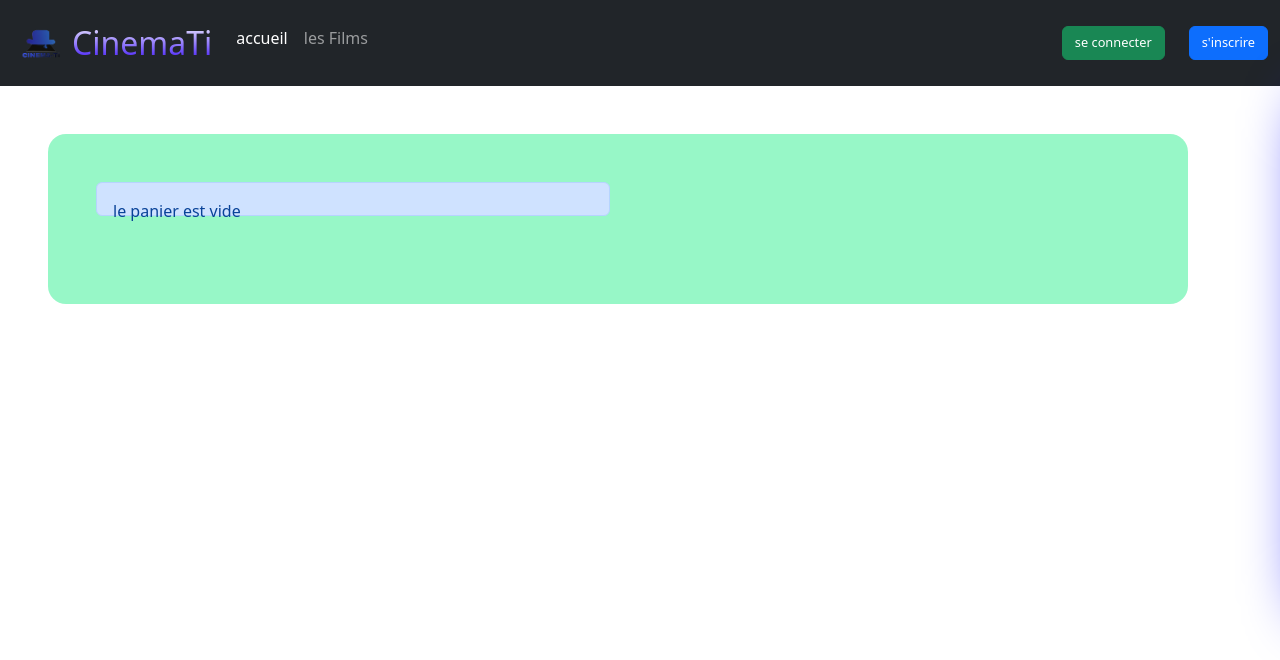
Repository: ahmed-rabah/cinemaMiniProject
Page: http://localhost/finaliserCommande.php
The author's editor kept a copy of each file at every save. The page is drawn from the files as they stood at one save, then again after a run of saves.
The browser window is 1280 px wide. The pictures show the whole page.
The page is run by PHP 8.4 with error messages shown; the project is at /var/www/html/. Other server files are loaded and not shown.

Above is the page before, as saved 2023-01-12 12:35:50.
Console error: TypeError: Cannot read properties of null (reading 'addEventListener')

### finaliserCommande.php
<?php
 session_start();
//  require "./functions/database.php";
//  $images = $pdo->query("SELECT photo from film");
//  $images = $images->fetchAll(MYSQLI_NUM);
//  foreach ($images as $image){
//     echo "<img src=\"".$image["photo"]."\" >";
// }?>
<!DOCTYPE html>
<html lang="en">
<head>
    <meta charset="UTF-8">
    <meta http-equiv="X-UA-Compatible" content="IE=edge">
    <meta name="viewport" content="width=device-width, initial-scale=1.0">
    <link rel="stylesheet" href="node_modules/bootstrap/dist/css/bootstrap.min.css">
    <link rel="stylesheet" href="./css/style2.css">
    <link rel="stylesheet" href="https://unicons.iconscout.com/release/v4.0.0/css/line.css">
    <link rel="icon" href="./logoCinema.png">
    <title>CinemaTi</title>
</head>
<body>
    <header>
        <?php include './header.php'; ?>

    </header>
    <main class="container">
        <section class="" id="cartContainer"></section>
    </main>

    <div class="absoluteCart m-2 p-1"></div>

    <script src="node_modules/jquery/dist/jquery.slim.min.js"></script>
    <script src="node_modules/bootstrap/dist/js/bootstrap.bundle.min.js"></script>
    <script src="./javascript/panie.js"></script>
</body>
</html>

### header.php
<?php
    require_once './functions/database.php';

    function getAllgenres($pdo){
      $req = $pdo->query('SELECT * from genre');
      $rows = $req->fetchAll(PDO::FETCH_ASSOC);
      foreach ($rows as $row) {
        $genres[] = $row ;
      }

      return $genres;
    }
?>
<nav class="navbar navbar-expand-lg navbar-dark bg-dark">

  <div class="container-fluid">
      <a class="navbar-brand d-flex cine-name" href="./index.php">
        <img src="./logoCinema.png" width="60" height="60" class="d-inline-block align-top rounded-circle" alt="">
        <h2 class="mt-2 gradiant-bg">CinemaTi</h2>
      </a>
    <button class="navbar-toggler" type="button" data-bs-toggle="collapse" data-bs-target="#navbarColor01" aria-controls="navbarColor01" aria-expanded="false" aria-label="Toggle navigation">
      <span class="navbar-toggler-icon"></span>
    </button>
    <div class="collapse navbar-collapse justify-content-between" id="navbarColor01">
      <ul class="navbar-nav">
        <li class="nav-item">
          <a class="nav-link active" href="./index.php" id="accueil"><h6>accueil</h6>
            <span class="visually-hidden">(current)</span>
          </a>
        </li>
        <li class="nav-item">
          <a class="nav-link" href="./movies.php"  id="movies"><h6>les Films</h6></a>
        </li>
   <!--     <li class="nav-item">
          <a class="nav-link" href="./movies.php" ><h6>les salles de projection</h6></a>
        </li>
        <li class="nav-item">
          <a class="nav-link" href="./contact.php"><h6>Contact</h6></a>
        </li> -->
      </ul>
      <?php
      if(!isset($_SESSION['user_id'])){
        ?>

<ul class="nav navbar" id="non-connected">
  <li><a href="./signIn.php" class="btn btn-success me-2 font-size">se connecter</a></li>
  <li><a href="./signup.php" class="btn btn-primary ms-3 font-size">s'inscrire</a></li>
</ul>
<?php }
if(isset($_SESSION['user_id'])){ ?>
    <ul class="nav navbar" id="connected">
      <li><button class="btn btn-light me-2" id="panier"><span class="font-size"><i class="uil uil-shopping-cart-alt ">panier d'achat</i></span></button></li>
      <li><a href="./dashboard.php" class="btn btn-primary ms-3 "><span class="font-size"><i class="uil uil-user-circle"></i>votre compte</span></a></li>
      <li><a href="./logout.php" class="btn btn-danger ms-3 "><span class="font-size"><i class="uil uil-signout"></i>deconnexion</span></a></li>
    </ul>
    <?php } ?>
  </div>
  </div>
</nav>

### functions/database.php
<?php
try {
    $database="moviedb";
    $user="root";
    $password="";
    $pdo = new PDO("mysql:host=localhost;dbname=$database",$user,$password);
    // echo "Success: Connected to the database.";
  } catch(PDOException $e) {
    die("Error: Could not connect to the database.");
  }

### functions/panier.php
<?php


if($_SERVER['REQUEST_METHOD'] == 'GET'){
    session_start();
    if(isset($_SESSION['user_id']) && !empty( $_SESSION['panier'])){
        $panier = $_SESSION['panier'];
        require_once './database.php';
        $productsInfos=[];
        foreach ($panier as $product) {
            $idprogramme = $product['idProgramme'];
            $req = "SELECT  p.idProgramme ,g.libelle,f.titre,p.date_projection,f.photo , p.heure_debut, p.ticketsDisponible, p.prix_unitaire FROM programme as p, film as f , genre as g WHERE p.idFilm= f.idFilm AND p.idProgramme =$idprogramme AND g.idGenre = f.idGenre";
            $requete = $pdo->query($req);
            $resultat = $requete->fetch(PDO::FETCH_ASSOC);
            array_push($product,$resultat);
            if(isset($_GET['item']) && $_GET['item'] ==$idprogramme ){
                exit(json_encode($product));
            }
            array_push($productsInfos,$product);
        }
        if(isset($_GET['item'])){
            exit(json_encode(false));
        }
        exit(json_encode($productsInfos));


        // require_once './database.php';
        // $idUser = $_GET['idUser'];
        // $req = "SELECT pro.id_produit ,pro.nombre_places , pro.prix , p.date_projection ,p.heure_debut , p.prix_unitaire , g.libelle , f.titre,f.photo FROM produit as pro, programme as p , film as f ,genre as g WHERE pro.id_user=$idUser AND p.idFilm=f.idFilm AND pro.id_programme=p.idProgramme AND g.idGenre =f.idGenre";
        // $query = $pdo->query($req);
        // $resultat = $query->fetchAll(PDO::FETCH_ASSOC);
    }else{
        exit(json_encode(false));
    }
}

### css/style2.css

::-webkit-scrollbar{
    width : 1rem;
}
::-webkit-scrollbar-track{
    background-color: black;
}
::-webkit-scrollbar-thumb{
    background-color: #2d00f7a1;
    border-radius: 100vw;
}
::-webkit-scrollbar-thumb:hover{
    background-color:white;
}

html{
    scroll-behavior: smooth;
}


.centered{
    position: absolute;
    top: 50%;
    left: 50%;
    transform: translate(-50%, -50%);
}
.logo-picture{
    width: 100px; height :100px;
}
/*
.cine-name{
    background-image : linear-gradient(to top,#89f90a 20% , #02fa54 100%) ;
    border-radius : 10px;
    padding-right: 4px;
} */
.font-size{
    font-size: 0.8em;
}
/* .account{
    font-size: 1.2em
} */
.gradiant-bg{
    background-color: #5577ff;
    background-image : linear-gradient(to top,#2d00f7 0% , #ffffff 100%) ;
    background-clip: text;
    -webkit-background-clip: text;
    -moz-background-clip: text;
    -webkit-text-fill-color: transparent;
    -moz-text-fill-color: transparent;
    background-size: 100%;
    display : flex  ;
    align-items: center ;
    cursor : pointer ;
    text-decoration: none;
}

.grid{
    display: grid;
    grid-template-columns:auto auto auto ;
}

.absolute-alert{
    background-color: rgba(255,255,255,0.5);
    width: 100vw;
    height: 100vh;
    position: fixed ;
    top: 0;
    left: 0;
    z-index: 100 ;
    text-align :center;
    display :grid ;
    place-items: center ;

}
.absoluteCart{
    position: fixed;
    top: 6em;
    right: 0;
    width: 400px;
    height: 70%;
    background: #3d5f89;
    border-radius: 12px;
    box-shadow: 0 0 4em blue;
    display: grid;
    grid-template-columns: auto;
    justify-content: center;
    transition: all 0.3s linear ;
    transform: translate(110%);
    overflow-y: auto;
    }
    .show-cart {
    transform: translate(0);
    }
    .finaliserBtn{
        position: sticky;
        top: 0;
        z-index: 100;
        margin-bottom: 1em;
        height: 50px;
    }
    .inner-grid{
        display: grid ;
    grid-template-columns:30% 70% ;
    border-bottom:  1px solid black ;
    margin: 0.4em 0;
    }
    .grid{
        display: grid ;
    grid-template-columns:30% 70% ;
    }
    @media screen and (max-width:1048px) {
        .grid{
        display: grid ;
    grid-template-columns:20% 80% ;
    }
}

#cartContainer{
    display : grid;
    grid-template-columns: 1fr 1fr;
    gap: 1em;
}
.container{
    margin: 3em;
    padding: 3em;
    background-color : rgb(151, 247, 199) ;
    border-radius: 18px;

}
@media screen and (max-width:700px) {
    #cartContainer{
    grid-template-columns:auto ;
    }

}

### javascript/panie.js
let panierBtn = document.getElementById('panier');
let deleteProductBtn = document.getElementById('deleteproduct');
let updateProductBtn = document.getElementById('updateproduct');
let addProductBtn =  document.getElementById('addProduct');
let cartContainer = document.getElementById('cartContainer');

window.addEventListener('DOMContentLoaded',()=>{
    getUserPanier("container").then(data=>{
            cartContainer.innerHTML = data;
    })
})

function addProduct(id){
    addProduit(id).then(response=>{
        let added = response.added;
        let reponse = response.response;
        let connected = response.connected;
       let msg="";
        if(!connected) {
            reponse+='<strong><a href="./signin.php">Se connecter</a></strong>';
        }
        if(!added){
            msg=`<div class="alert alert-warning alert-dismissible fade show" role="alert" id="myAlert">
            ${reponse}
            <button type="button" class="btn-close" data-bs-dismiss="alert" aria-label="Close"></button>
          </div>`;
        }else{
            msg=`<div class="alert alert-success alert-dismissible fade show" role="alert" id="myAlert">
            ${reponse}
            <button type="button" class="btn-close" data-bs-dismiss="alert" aria-label="Close"></button>
          </div>`;
        }
        let body = document.querySelector('body');
        body.insertAdjacentHTML('beforeend',`<div class="absolute-alert">${msg}</div>`);
        let theAlert = document.querySelector('.absolute-alert');
        theAlert.addEventListener('click',function(e){
            if(e.target.classList.contains('absolute-alert')){
            theAlert.outerHTML="";
        }})
        let myAlert = document.getElementById('myAlert')
            myAlert.addEventListener('close.bs.alert', () => {
                theAlert.outerHTML="";
            })

        setTimeout(() => {theAlert.outerHTML="";},10000);
    })

    // console.log(id);
}

panierBtn.addEventListener('click', () => {
    userCart()
    let cart = document.querySelector('.absoluteCart');
    cart.classList.toggle('show-cart');
})

async function deleteproductFromCart(product){
    let request = await fetch("./functions/deleteUserProduct.php?idProgramme="+product);
    let response = await request.json();
    let deleted = response.deleted;
    let reponse = response.response;
    let connected = response.connected;
    let msg="";
    let cartItem = document.getElementById('cart'+product);
    if(!connected) {
        reponse+='<strong><a href="./signin.php">Se connecter</a></strong>';
    }
    if(!deleted){
        msg=`<div class="alert alert-warning alert-dismissible fade show" role="alert" id="myAlert">
        ${reponse}
        <button type="button" class="btn-close" data-bs-dismiss="alert" aria-label="Close"></button>
      </div>`;
      cartItem.insertAdjacentHTML('beforebegin',msg);
    }else{
        msg=`<div class="alert alert-success alert-dismissible fade show" role="alert" id="myAlert">
        ${reponse}
        <button type="button" class="btn-close" data-bs-dismiss="alert" aria-label="Close"></button>
      </div>`;
      cartItem.outerHTML=msg;
    }
    // let cart = document.querySelector('.absoluteCart');

}
async function updateproductCart(product,status){
    let request = await fetch("./functions/updateUserProduct.php?idProgramme="+product+"&status="+status);
    let response = await request.json();
    let updated = response.updated;
    let reponse = response.response;
    let connected = response.connected;
    let msg="";
    let cartItem = document.getElementById('cart'+product);
    if(!connected) {
        reponse+='<strong><a href="./signin.php">Se connecter</a></strong>';
    }
    if(connected && updated === false){
        msg=`<div class="alert alert-danger alert-dismissible fade show" role="alert" id="myAlert">
        ${reponse}
        <button type="button" class="btn-close" data-bs-dismiss="alert" aria-label="Close"></button>
      </div>`;
    }else{
        msg=`<div class="alert alert-success alert-dismissible fade show" role="alert" id="myAlert">
        ${reponse}
        <button type="button" class="btn-close" data-bs-dismiss="alert" aria-label="Close"></button>
        </div>`;
        getCartItem(product).then(result => {
            cartItem.outerHTML = result ;
        })
    }
    let body = document.querySelector('body');
    body.insertAdjacentHTML('beforeend',`<div class="absolute-alert">${msg}</div>`);
    let theAlert = document.querySelector('.absolute-alert');
    theAlert.addEventListener('click',function(e){
        if(e.target.classList.contains('absolute-alert')){
        theAlert.outerHTML="";
    }})
    let myAlert = document.getElementById('myAlert')
        myAlert.addEventListener('close.bs.alert', () => {
            theAlert.outerHTML="";
        })

    setTimeout(() => {theAlert.outerHTML="";},10000);

}

function userCart(){
    getUserPanier('sidebar').then(data=>{
        console.log(data);
        let cartDiv = document.querySelector('.absoluteCart');
        cartDiv.innerHTML=data;
        let Final = document.createElement('a');
        Final.setAttribute('href',"./finaliserCommande.php");
        Final.className="btn btn-primary w-100  finaliserBtn";
        Final.innerHTML="finaliser la commande";
        cartDiv.prepend(Final);
    })

}

async function getCartItem(item){
    let request = await fetch('./functions/panier.php?item='+item);
    let response = await request.json();
    let msg="";
    if(response === false){
        msg =`<div class="alert alert-primary h-25" role="alert">
        le panier est vide
        </div>`;
    }else{
        msg=cartItemInfos(response,"sidebar");
         }

    return msg;
}
async function getUserPanier(type){
    let request = await fetch('./functions/panier.php');
    let response = await request.json();
    let msg="";
    if(response === false){
        msg =`<div class="alert alert-primary h-25" role="alert">
        le panier est vide
            </div>`;
    }else{
        response.forEach(produit => {
            msg+=cartItemInfos(produit,type);
        });
    }

    return msg;
}

async function addProduit(programme){
    let request = await fetch('./functions/addproduct.php?idProgramme='+programme);
    let response = await request.json();
    return response;
}

function cartItemInfos(produit,use){

    if(use==="sidebar"){

        return `<div class="card border-primary  mb-2 w-100"  id="cart${produit.idProgramme}">
        <div class="card-header"><h4>${produit[0].titre}</h4></div>
        <div class="card-body  text-dark">
        <div class="d-flex justify-content-center">
        <img src="${produit[0].photo}" width="60px" height="66px">
        <div class="ms-1">
        <p class="card-title  m-0 fw-normal">le <strong>${produit[0].date_projection}</strong> à <strong>${produit[0].heure_debut}</strong></p>
        <p class="card-text m-0 fw-normal">prix_unitaire :<strong> ${produit[0].prix_unitaire} DH</strong></p>
        <p class="card-text m-0 fw-normal">tickets disponible :<strong> ${produit[0].ticketsDisponible}</strong> ticket(s)</p>
        </div>
        </div>
        </div>
        <div class="card-footer d-flex justify-content-between align-items-center p-1">
        <div class="d-flex justify-content-center align-items-center">
        <h6 class="btn minus" onclick="updateproductCart(${produit.idProgramme},'minus')"><i class="uil uil-minus-circle fs-5 text-danger"></i></h6>
        <h6> ${produit.nbrPlace} </h6>
        <h6 class="btn plus" onclick="updateproductCart(${produit.idProgramme},'plus')"><i class="uil uil-plus-circle fs-5 text-success"></i></h6>
        </div>
        <h6>Total : ${produit.prix} DH</h6>
        <button class="btn btn-danger"  onclick="deleteproductFromCart(${produit.idProgramme})"><i class="uil uil-trash-alt"></i></button>
        </div>
        </div>`;
    }else{
        return `<div class="card border-primary w-100"  id="cart${produit.idProgramme}">
        <div class="card-header text-center"><h2>${produit[0].titre}</h2></div>
        <div class="card-body  text-dark">
        <div class="d-flex justify-content-start align-items-center">
        <img src="${produit[0].photo}" width="140px" height="140px">
        <div class="ms-1">
        <h5 class="card-title  m-0 fw-normal">le <strong>${produit[0].date_projection}</strong> à <strong>${produit[0].heure_debut}</strong></h5>
        <h5 class="card-text m-0 fw-normal">prix_unitaire :<strong> ${produit[0].prix_unitaire} DH</strong></h5>
        <h5 class="card-text m-0 fw-normal">tickets disponible :<strong> ${produit[0].ticketsDisponible}</strong> ticket(s)</h5>
        </div>
        </div>
        </div>
        <div class="card-footer d-flex justify-content-between align-items-center p-1">
        <div class="d-flex justify-content-center align-items-center">
        <h4 class="btn minus" onclick="updateproductCart(${produit.idProgramme},'minus')"><i class="uil uil-minus-circle fs-5 text-danger"></i></h4>
        <h4> ${produit.nbrPlace} </h4>
        <h4 class="btn plus" onclick="updateproductCart(${produit.idProgramme},'plus')"><i class="uil uil-plus-circle fs-5 text-success"></i></h4>
        </div>
        <h4>Total : ${produit.prix} DH</h4>
        <button class="btn btn-danger"  onclick="deleteproductFromCart(${produit.idProgramme})"><i class="uil uil-trash-alt"></i></button>
        </div>
        </div>`;
    }
    }
    // window.addEventListener('load',()=>{
    //     let addBtns = document.querySelectorAll('.addToCart');
// console.log("begin");
// addBtns.forEach(addBtn=>{
// let programmeID  = addBtn.dataSet.programmeID;
// console.log("ok");
// console.log(programmeID);

// });
// console.log("ends");


/*
panierBtn.addEventListener('click',()=>{

    getUserPanier(1).then(panier=>{
        panier.forEach(produit => {
            console.log(produit);
        });
    })

});

// addProductBtn.addEventListener('click',()=>{
//     addProduct(programme).then(response=>{
    //         console.log(response);
    //     })
    // });

    deleteProductBtn.addEventListener('click',()=>{
        deleteproductFromCart(programme).then(response=>{
            console.log(response);
        })
});

updateProductBtn.addEventListener('click',()=>{
    let product =  document.getElementById('product').value;
    updateproductCart(product,nbr).then(response=>{
        console.log(response);
    })
});

*/
// })

After the next 2 saves:
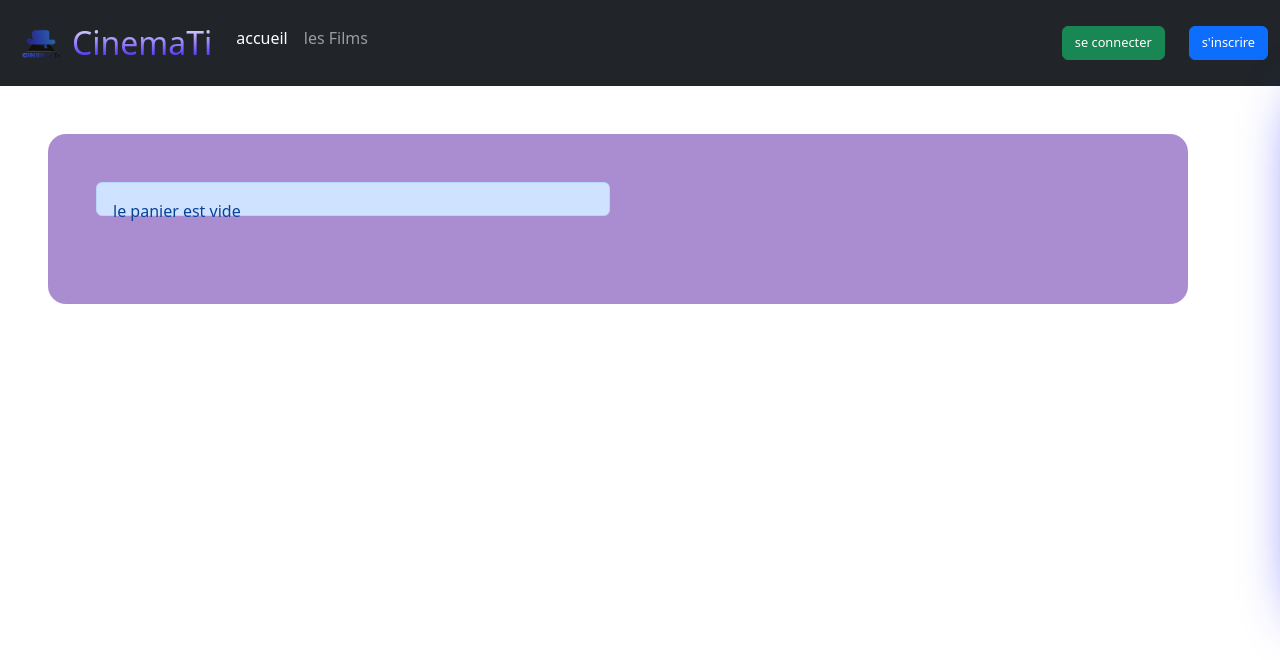
The 2 saves are shown as one change because they came seconds apart.
The last was saved 94 s later.
--- a/css/style2.css
+++ b/css/style2.css
@@ -123,7 +123,7 @@ html{
 .container{
     margin: 3em;
     padding: 3em;
-    background-color : rgb(151, 247, 199) ;
+    background-color : #46089875 ;
     border-radius: 18px;
 
 }
